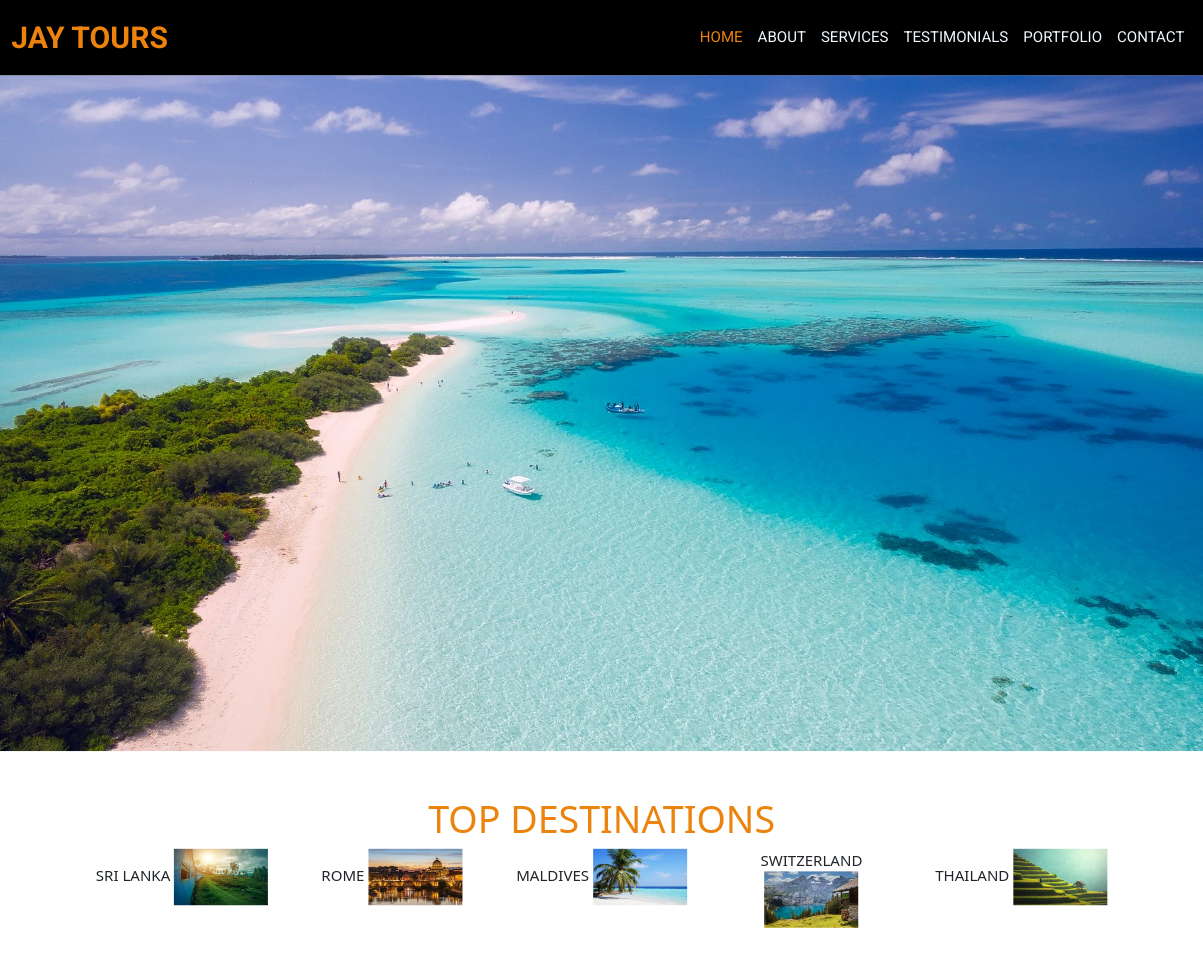
Repository: kasundiudn/Jay-Travel
Page: index.html
An editor plug-in stored every save of this project. The page is shown before and after the next save, followed by the edit.
The browser window is 1280 px wide. The pictures show the whole page, at 94% of full size.

Above is the page before, as saved 2025-06-26 10:26:56.

### index.html
<!doctype html>
<html lang="en">
  <head>
    <meta charset="utf-8">
    <meta name="viewport" content="width=device-width, initial-scale=1">
    <title>Bootstrap demo</title>
    <link rel="preconnect" href="https://fonts.googleapis.com">
    <link rel="preconnect" href="https://fonts.gstatic.com" crossorigin>
    <link href="https://fonts.googleapis.com/css2?family=Roboto:ital,wght@0,100..900;1,100..900&display=swap" rel="stylesheet">
    <link href="https://cdn.jsdelivr.net/npm/bootstrap@5.3.7/dist/css/bootstrap.min.css" rel="stylesheet" integrity="sha384-LN+7fdVzj6u52u30Kp6M/trliBMCMKTyK833zpbD+pXdCLuTusPj697FH4R/5mcr" crossorigin="anonymous">
  <style>
    header{  font-family: "Roboto", sans-serif;
           }
    .nav-link{
        color: aliceblue;
    }

  </style>
  </head>
  <body>
<header>
    <nav class="navbar navbar-expand-lg " style="background-color: black; height: 80px;">
  <div class="container-fluid">
    <a class="navbar-brand" href="#" style="color: #eb830c; font-weight: bold;  font-size:xx-large;">JAY TOURS</a>
    <button class="navbar-toggler" type="button" data-bs-toggle="collapse" data-bs-target="#navbarSupportedContent" aria-controls="navbarSupportedContent" aria-expanded="false" aria-label="Toggle navigation">
      <span class="navbar-toggler-icon"></span>
    </button>
    <div class="collapse navbar-collapse justify-content-end" id="navbarSupportedContent">
      <ul class="navbar-nav mb-2 mb-lg-0">
        <li class="nav-item">
          <a class="nav-link active" aria-current="page" href="#" style="color: #eb830c;">HOME</a>
        </li>
        <li class="nav-item">
          <a class="nav-link" href="#">ABOUT</a>
        </li>
         <li class="nav-item">
          <a class="nav-link" href="#">SERVICES</a>
        </li>
         <li class="nav-item">
          <a class="nav-link" href="#">TESTIMONIALS</a>
        </li>
         <li class="nav-item">
          <a class="nav-link" href="#">PORTFOLIO</a>
        </li>
         <li class="nav-item">
          <a class="nav-link" href="#">CONTACT</a>
        </li>
    </div>
  </div>
</nav>
</header>
<img src="main.jpg" alt="Beach image" style="width: 100%; height: auto;">

<div class="container text-center my-5">
  <h1 style="color: #eb830c;">TOP DESTINATIONS</h1>


<div class="container text-center">
  <div class="row">
    <div class="col">
      SRI LANKA
      <img src="Sri Lanka.jpg" alt="SRI LANKA" style="width: 100px; height: 60px;">
    </div>
    <div class="col">
      ROME
      <img src="Rome.jpg" alt="ROME" style="width: 100px; height: 60px;">
    </diV>
    <div class="col">
      MALDIVES
      <img src="Maldives.jpg" alt="MALDIVES" style="width: 100px; height: 60px;">
    </div>
    <div class="col">
      SWITZERLAND
        <img src="Switzerland.jpg" alt="SWITZERLAND" style="width: 100px; height: 60px;">
    </div>
    <div class="col">
      THAILAND
        <img src="Thailand.jpg" alt="THAILAND" style="width: 100px; height: 60px;">
    </div>
  </div>
</div>

    <script src="https://cdn.jsdelivr.net/npm/@popperjs/core@2.11.8/dist/umd/popper.min.js" integrity="sha384-I7E8VVD/ismYTF4hNIPjVp/Zjvgyol6VFvRkX/vR+Vc4jQkC+hVqc2pM8ODewa9r" crossorigin="anonymous"></script>
<script src="https://cdn.jsdelivr.net/npm/bootstrap@5.3.7/dist/js/bootstrap.min.js" integrity="sha384-7qAoOXltbVP82dhxHAUje59V5r2YsVfBafyUDxEdApLPmcdhBPg1DKg1ERo0BZlK" crossorigin="anonymous"></script>
  </body>
</html>

After the next save:
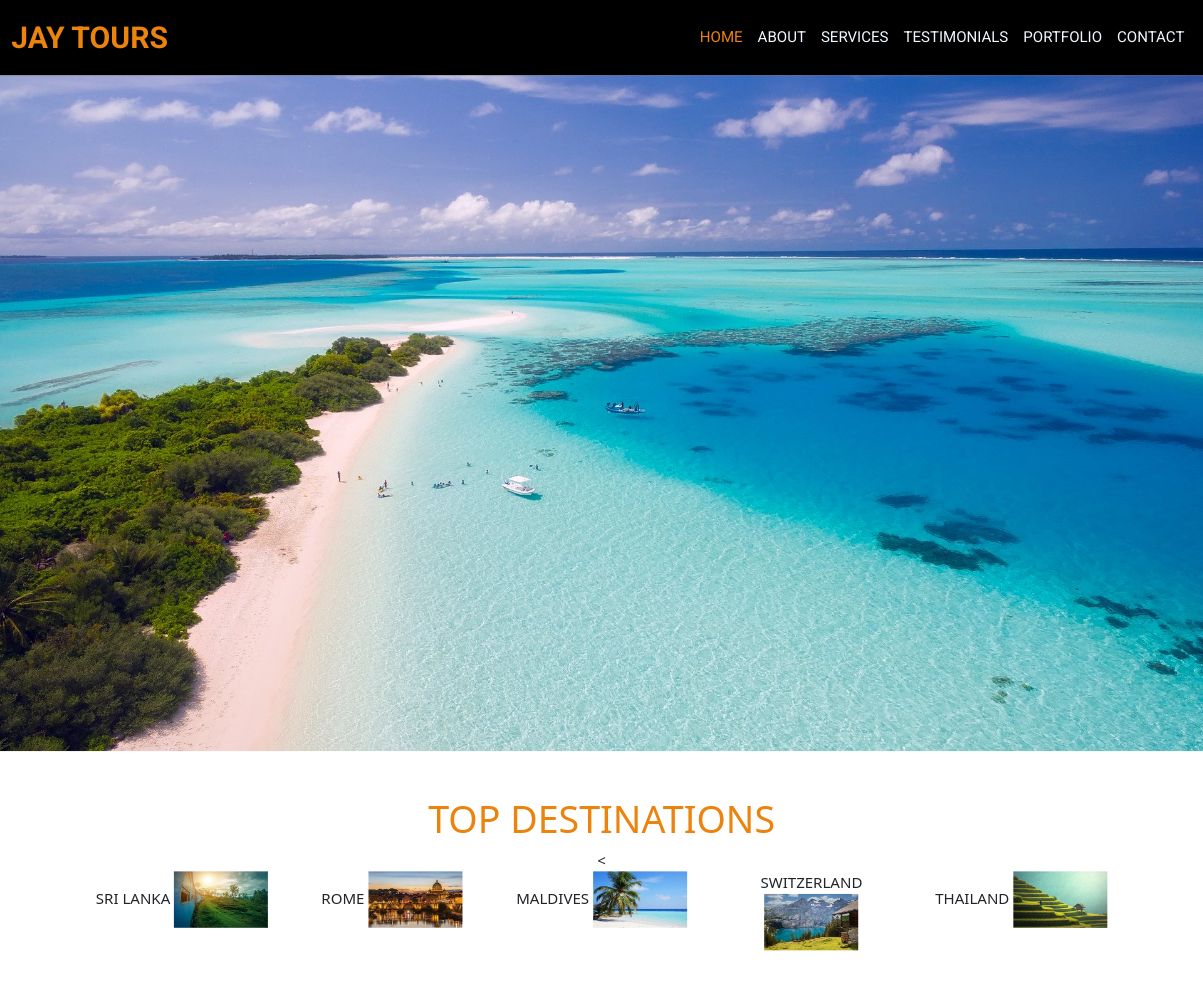
Saved 26 s later.
--- a/index.html
+++ b/index.html
@@ -52,7 +52,7 @@
 <img src="main.jpg" alt="Beach image" style="width: 100%; height: auto;">
 
 <div class="container text-center my-5">
-  <h1 style="color: #eb830c;">TOP DESTINATIONS</h1>
+  <h1 style="color: #eb830c;">TOP DESTINATIONS</h1><
 
 
 <div class="container text-center">
